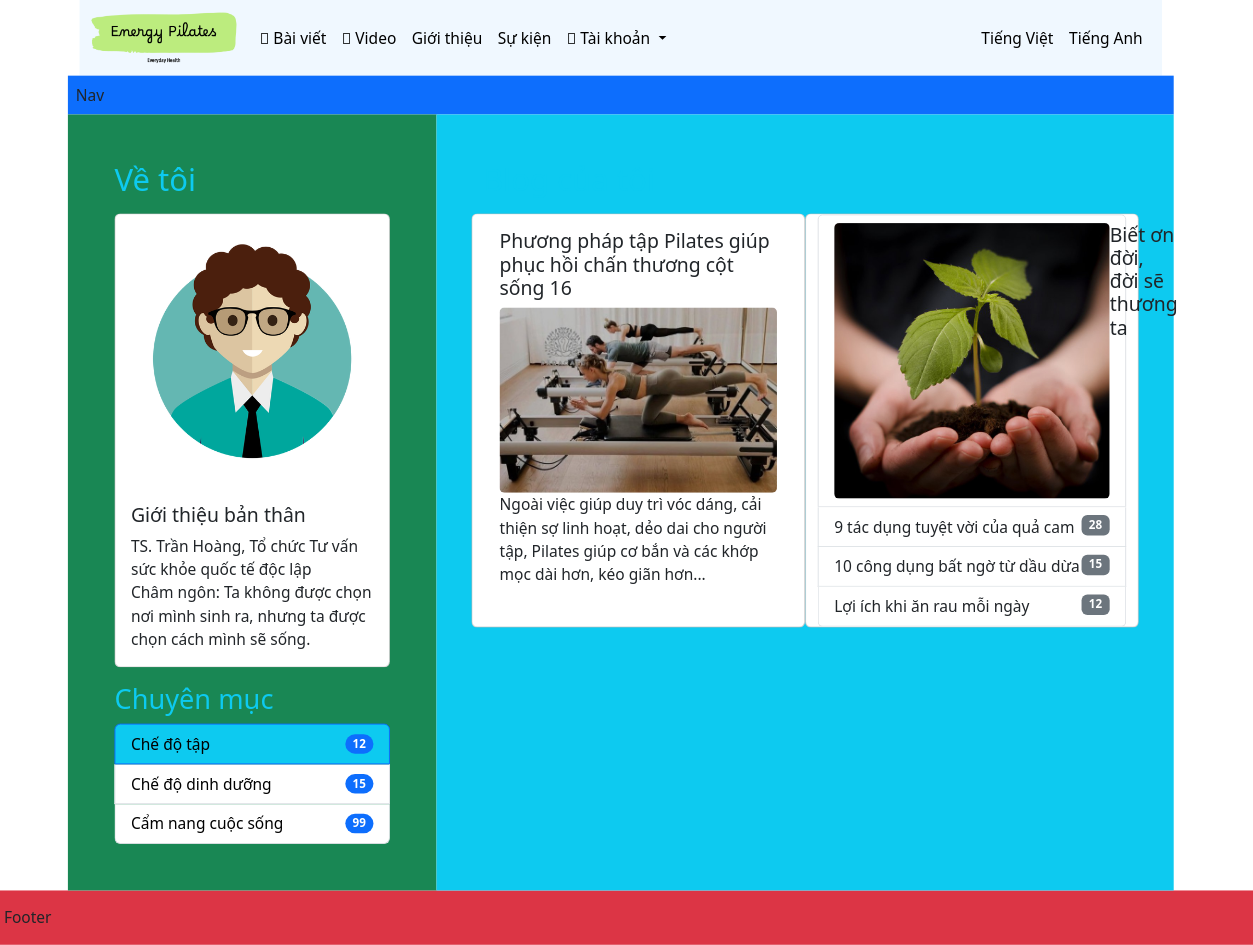
Repository: KizukoHeiwa/SOF308
Page: Lab1/index.html
An editor plug-in stored every save of this project. The page is shown before and after the next save, followed by the edit.
The browser window is 1280 px wide. The page is 1292 px wide, so the pictures cover 1292 px, including what lies to the right of the window. The pictures show the whole page, at 97% of full size.

Above is the page before, as saved 2024-10-31 10:35:55.

### Lab1/index.html
<!DOCTYPE html>
<html lang="en">
<head>
    <meta charset="UTF-8">
    <meta name="viewport" content="width=device-width, initial-scale=1.0">
    <title>FPT Polytechnic</title>
    <link href="https://cdn.jsdelivr.net/npm/bootstrap@5.3.3/dist/css/bootstrap.min.css" rel="stylesheet" integrity="sha384-QWTKZyjpPEjISv5WaRU9OFeRpok6YctnYmDr5pNlyT2bRjXh0JMhjY6hW+ALEwIH" crossorigin="anonymous">
    <script src="https://cdn.jsdelivr.net/npm/bootstrap@5.3.3/dist/js/bootstrap.bundle.min.js" integrity="sha384-YvpcrYf0tY3lHB60NNkmXc5s9fDVZLESaAA55NDzOxhy9GkcIdslK1eN7N6jIeHz" crossorigin="anonymous"></script>
    <link rel="stylesheet" href="https://cdnjs.cloudflare.com/ajax/libs/font-awesome/4.7.0/css/font-awesome.min.css">
    <style>
        header{
            background-color: aliceblue;
            /* box-shadow: 1px 1px 2px 1px lightgray; */
        }
        .nav-link{
            color: black;
        }
        .nav-link:hover{
            color: green;
        }
        .navbar-nav .nav-link.active, .navbar-nav .nav-link.show {
            color: green;
        }
    </style>

</head>
<body>
    <div class="container">
        <header>
            <nav class="navbar navbar-expand-sm">
                <div class="container">
                    <a class="navbar-brand" href="#">
                        <img src="img/logo-energy-pilates.png" alt="" style="width: 150px;">
                    </a>
                    <div class="collapse navbar-collapse" id="collapsibleNavbar">
                        <ul class="navbar-nav me-auto">
                            <li class="nav-item">
                                <a class="nav-link" href="#"><i class="fa-solid fa-list"></i> Bài viết</a>
                            </li>
                            <li class="nav-item">
                                <a class="nav-link" href="#"><i class="fa-solid fa-film"></i> Video</a>
                            </li>
                            <li class="nav-item">
                                <a class="nav-link" href="#"><i class="fa-solid fa-circle-info"></i> Giới thiệu</a>
                            </li>
                            <li class="nav-item">
                                <a class="nav-link" href="#"><i class="fa-solid fa-calendar-days"></i> Sự kiện</a>
                            </li>
                            <li class="nav-item dropdown">
                                <a class="nav-link dropdown-toggle" href="#" role="button" data-bs-toggle="dropdown">
                                    <i class="fa-solid fa-user"></i> Tài khoản
                                </a>
                                <ul class="dropdown-menu">
                                    <li><a class="dropdown-item" href="#">Đăng nhập</a></li>
                                    <li><a class="dropdown-item" href="#">Quên mật khẩu</a></li>
                                    <li><a class="dropdown-item" href="#">Đăng ký thành viên</a></li>
                                </ul>
                            </li>
                        </ul>
                        <ul class="navbar-nav d-flex">
                            <li class="nav-item">
                                <a class="nav-link">Tiếng Việt</a>
                            </li>
                            <li class="nav-item">
                                <a class="nav-link">Tiếng Anh</a>
                            </li>
                        </ul>
                    </div>
                </div>
            </nav>
        </header>
        <nav class="row bg-primary p-2">Nav</nav>
        <section class="row">
            <aside class="col-sm-4 bg-success p-5">
                <div class="col-sm">
                    <h2 class="text-info mb-3">Về tôi</h2>
                    <div class="card mb-3">
                        <img src="img/avatar.png" class="card-img-top" alt="">
                        <div class="card-body">
                            <h5 class="card-title">Giới thiệu bản thân</h5>
                            <p class="card-text">TS. Trần Hoàng, Tổ chức Tư vấn sức khỏe quốc tế độc lập <br>
                                Châm ngôn: Ta không được chọn nơi mình sinh ra, nhưng ta được chọn cách mình sẽ sống.
                            </p>
                        </div>
                    </div>

                    <h3 class="text-info mt-2">Chuyên mục</h3>
                    <ul class="list-group">
                        <li class="list-group-item active bg-info d-flex justify-content-between align-items-center">
                            <a class="nav-link" href="#">Chế độ tập</a>
                            <span class="badge bg-primary rounded-pill">12</span>
                        </li>
                        <li class="list-group-item d-flex justify-content-between align-items-center">
                            <a class="nav-link" href="#">Chế độ dinh dưỡng</a>
                            <span class="badge bg-primary rounded-pill">15</span>
                        </li>
                        <li class="list-group-item d-flex justify-content-between align-items-center">
                            <a class="nav-link" href="#">Cẩm nang cuộc sống</a>
                            <span class="badge bg-primary rounded-pill">99</span>
                        </li>
                    </ul>
                    <!-- end Chuyên mục -->
                </div>
            </aside>
            <article class="col-sm-8 bg-info p-5">
                <div class="row">
                        <h2 class="text-info mb-3">Blog của tôi</h2>
                        <div class="card col-sm-6">
                            <div class="card-body">
                                <h5 class="card-title">Phương pháp tập Pilates giúp phục hồi chấn thương cột sống <i class="fa-solid fa-message"></i> 16</h5>
                                <img src="img/tap-piltes.jpg" alt="" class="card-img">
                                <p class="card-text">Ngoài việc giúp duy trì vóc dáng, cải thiện sợ linh hoạt, dẻo dai cho người tập, Pilates giúp cơ bắn và các khớp mọc dài hơn, kéo giãn hơn...</p>
                            </div>
                        </div>
                        <div class="card col-sm-6">
                            <ul class="list-group">
                                <li class="list-group-item d-flex justify-content-between align-items-start">
                                    <div class="row">
                                        <div class="col-3"></div>
                                    </div>
                                    <img src="img/corevalue.jpg" alt="" class="card-img">
                                    <h5>Biết ơn đời, đời sẽ thương ta</h5>
                                </li>
                                <li class="list-group-item d-flex justify-content-between align-items-start">
                                    9 tác dụng tuyệt vời của quả cam
                                    <span class="badge bg-secondary">28</span>
                                </li>
                                <li class="list-group-item d-flex justify-content-between align-items-start">
                                    10 công dụng bất ngờ từ dầu dừa
                                    <span class="badge bg-secondary">15</span>
                                </li>
                                <li class="list-group-item d-flex justify-content-between align-items-start">
                                    Lợi ích khi ăn rau mỗi ngày
                                    <span class="badge bg-secondary">12</span>
                                </li>
                            </ul>
                        </div>
                    </div>
                </div>
            </article>
        </section>
        <footer class="row bg-danger p-3">Footer</footer>
    </div>
</body>
</html>

After the next save:
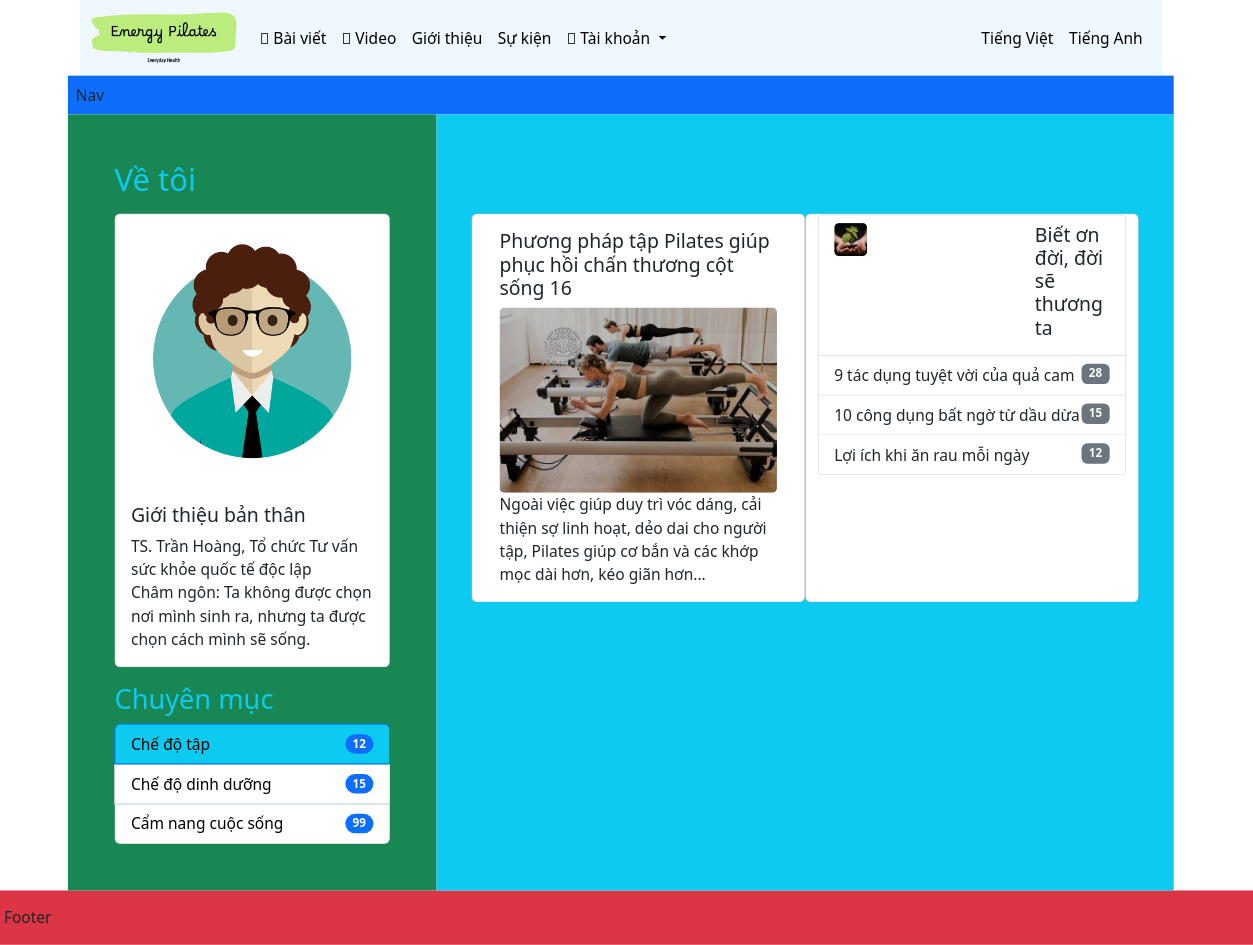
Saved 4 s later.
--- a/Lab1/index.html
+++ b/Lab1/index.html
@@ -116,9 +116,10 @@
                             <ul class="list-group">
                                 <li class="list-group-item d-flex justify-content-between align-items-start">
                                     <div class="row">
-                                        <div class="col-3"></div>
+                                        <div class="col-3">
+                                            <img src="img/corevalue.jpg" alt="" class="card-img">
+                                        </div>
                                     </div>
-                                    <img src="img/corevalue.jpg" alt="" class="card-img">
                                     <h5>Biết ơn đời, đời sẽ thương ta</h5>
                                 </li>
                                 <li class="list-group-item d-flex justify-content-between align-items-start">
